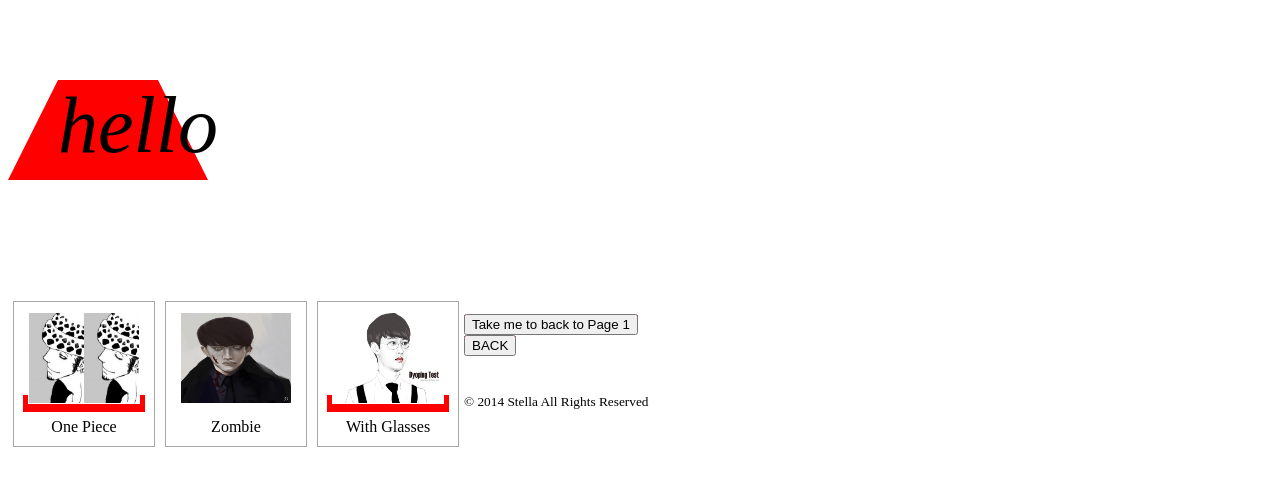
Repository: simj959/simj959.github.io
Page: css_composition/page5.html
The author's editor kept a record of every edit. The page is drawn from the files as they stood at one moment, then again after the next edit.
The browser window is 1280 px wide. The pictures show the whole page.

Above is the page before.

### css_composition/page5.html
<!DOCTYPE html>
<html>

	<head>
	<link rel="stylesheet" href="page5.css">
	<style>
table, th, td {
    border: 8px solid black;
}
</style>

		<title>Hello, world.</title>
	</head>
	<body>


<p><span><i>hello</i></span></p>

	<br>
	<br>
<style>
div.img {
    margin: 5px;
    padding: 5px;
    border: 1px solid #a9a9a9;
    height: auto;
    width: auto;
    float: left;
    text-align: center;
}

div.img img {
    display: inline;
    margin: 5px;
    border: 1px solid #ffffff;
}

div.img a:hover img {
    border:1px solid #red;
}

div.desc {
    text-align: center;
    font-weight: normal;
    width: 120px;
    margin: 5px;
}
</style>
</head>
<body>

<div class="img">
  <a target="_blank" href="klematis_big.htm">
    <img src="2.jpg" alt="Klematis" width="110" height="90">
  </a>
  <div class="desc">One Piece</div>
</div>
<div class="img">
    <img src="3.jpg" alt="Klematis" width="110" height="90">
  </a>
  <div class="desc">Zombie</div>
</div>
<div class="img">
  <a target="_blank" href="klematis3_big.htm">
    <img src="5.jpg" alt="Klematis" width="110" height="90">
  </a>
  <div class="desc">With Glasses</div>
</div>
</div>

</body>
</html>

  <tr>
    <td></td>
    <td></td>
    <td></td>
  </tr>
  <tr>
    <td></td>
    <td></td>
    <td></td>
  </tr>
  <tr>
    <td></td>
    <td></td>
    <td></td>
  </tr>
  <tr>
    <td></td>
    <td></td>
    <td></td>
  </tr>
  <tr>
    <td></td>
    <td></td>
    <td></td>
  </tr>
  <tr>
    <td></td>
    <td></td>
    <td></td>
  </tr>
  <tr>
    <td></td>
    <td></td>
    <td></td>
  </tr>
  <tr>
    <td></td>
    <td></td>
    <td></td>
  </tr>
  <tr>
    <td></td>
    <td></td>
    <td></td>
  </tr>
  <tr>
    <td></td>
    <td></td>
    <td></td>
  </tr>
  <tr>
    <td></td>
    <td></td>
    <td></td>
  </tr>
  <tr>
    <td></td>
    <td></td>
    <td></td>
  </tr>
  <tr>
    <td></td>
    <td></td>
    <td></td>
  </tr>
  <tr>
    <td></td>
    <td></td>
    <td></td>
  </tr>
  <tr>
    <td></td>
    <td></td>
    <td></td>
  </tr>
  <tr>
    <td></td>
    <td></td>
    <td></td>
  </tr>
  <tr>
    <td></td>
    <td></td>
    <td></td>
  </tr>
  <tr>
    <td></td>
    <td></td>
    <td></td>
  </tr>
  <tr>
    <td></td>
    <td></td>
    <td></td>
  </tr>
  <tr>
    <td></td>
    <td></td>
    <td></td>
  </tr>

</table>

</body>
</html>

</svg>

<br>
		<a href="page1.html"><button name="button">Take me to back to Page 1</button></a><br>
<a href="page4.html"><button name="button">BACK</button></a>
<br>
<br>
<br>
<small> &copy; 2014 Stella All Rights Reserved </small>
</html>

### css_composition/page5.css
p {
font-size: 80px;
border-bottom: 100px solid red;
	border-left: 50px solid transparent;
	border-right: 50px solid transparent;
	height: 0;
	width: 100px;
}
a:link {
    background-color: red;
}

a:visited {
    background-color: red;
}

a:hover {
    background-color: #FF704D;
}

a:active {
    background-color: #FF704D;
}

p:hover, h1:hover, a:hover {
    background-color: yellow;

After the next edit:
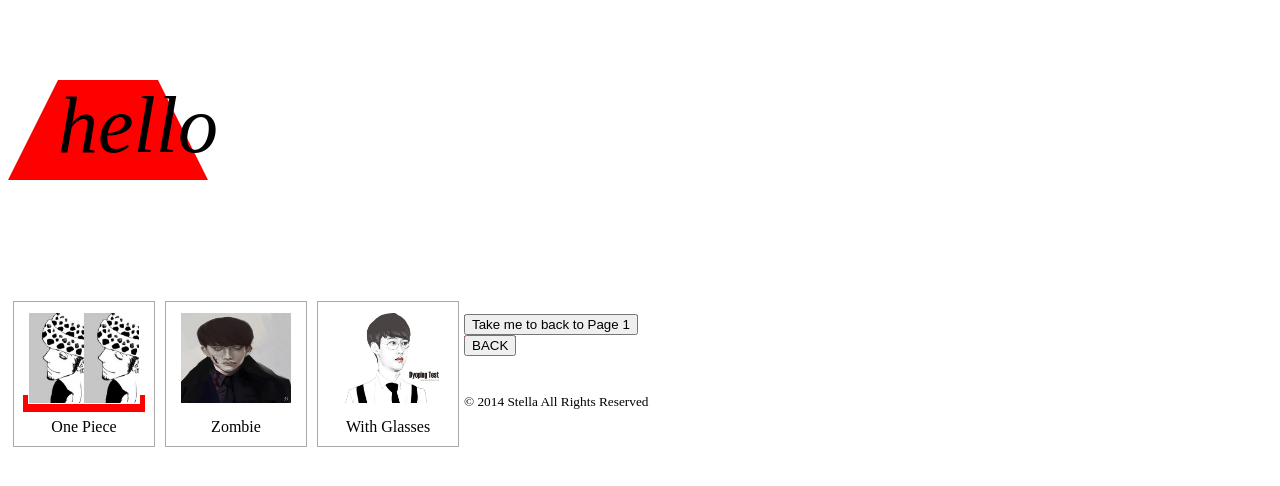
The edit:
--- a/css_composition/page5.html
+++ b/css_composition/page5.html
@@ -61,7 +61,6 @@
   <div class="desc">Zombie</div>
 </div>
 <div class="img">
-  <a target="_blank" href="klematis3_big.htm">
     <img src="5.jpg" alt="Klematis" width="110" height="90">
   </a>
   <div class="desc">With Glasses</div>
